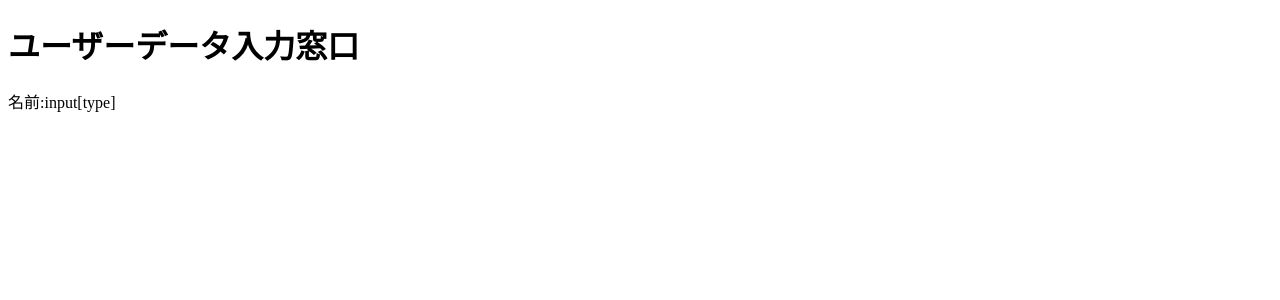
Repository: isopets/next-market
Page: form2.html
An editor plug-in stored every save of this project. The page is shown before and after the next save, followed by the edit.
The browser window is 1280 px wide. The pictures show the whole page.

Above is the page before, as saved 2022-06-08 00:48:07.

### form2.html
<!DOCTYPE html>
<html lang="en">

<head>
    <meta charset="UTF-8">
    <meta http-equiv="X-UA-Compatible" content="IE=edge">
    <meta name="viewport" content="width=device-width, initial-scale=1.0">
    <title>Document</title>
</head>

<body>
    <h1>ユーザーデータ入力窓口</h1>
    <form action="http://localhost:3000/api/user/register" method="POST">
        名前:input[type]
    </form>
</body>

</html>

After the next save:
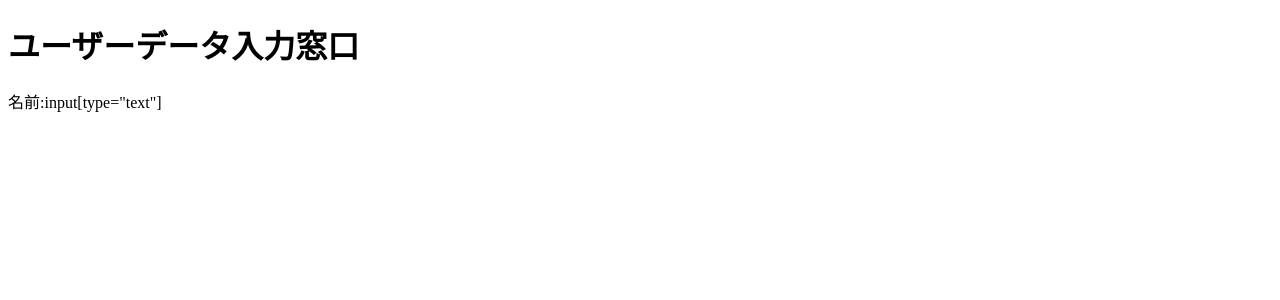
Saved 7 s later.
--- a/form2.html
+++ b/form2.html
@@ -11,7 +11,7 @@
 <body>
     <h1>ユーザーデータ入力窓口</h1>
     <form action="http://localhost:3000/api/user/register" method="POST">
-        名前:input[type]
+        名前:input[type="text"]
     </form>
 </body>
 
